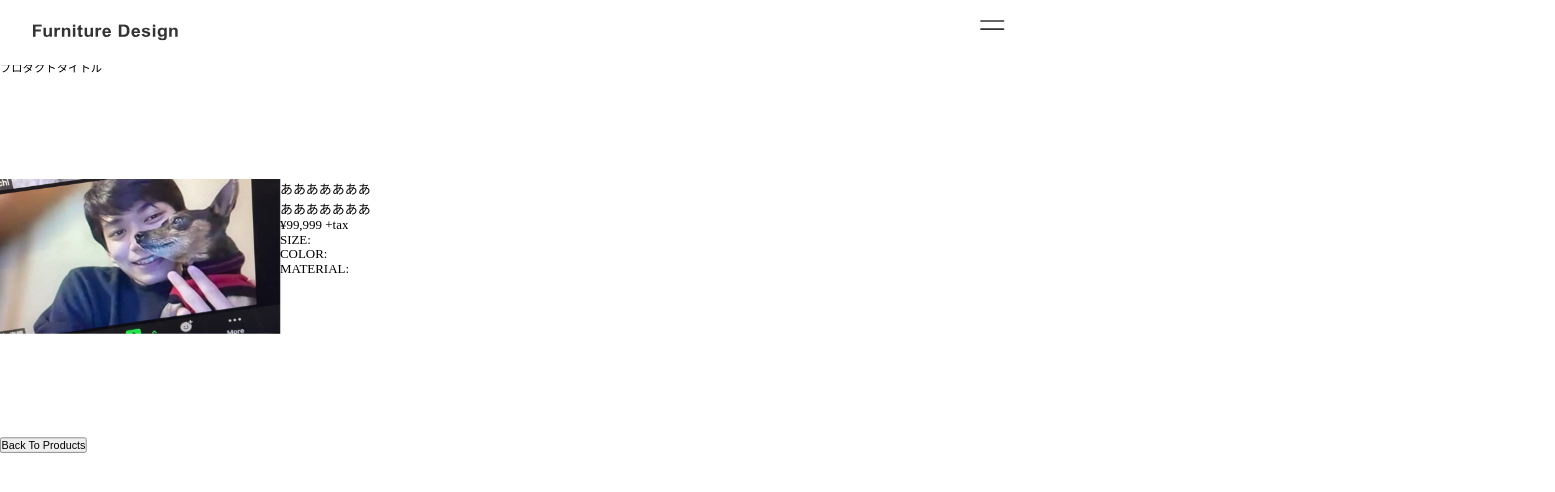
Repository: kohei23n/tenfeet
Page: menbers2/index.html
These files come from the project's save history. The page is drawn as it stood at one moment and after a run of saves; the edit follows.
The browser window is 1280 px wide. The page is 1920 px wide, so the pictures cover 1920 px, including what lies to the right of the window. The pictures show the whole page, at 81% of full size.

Above is the page before, as saved 2022-02-08 21:49:05.

After the next 2 saves:
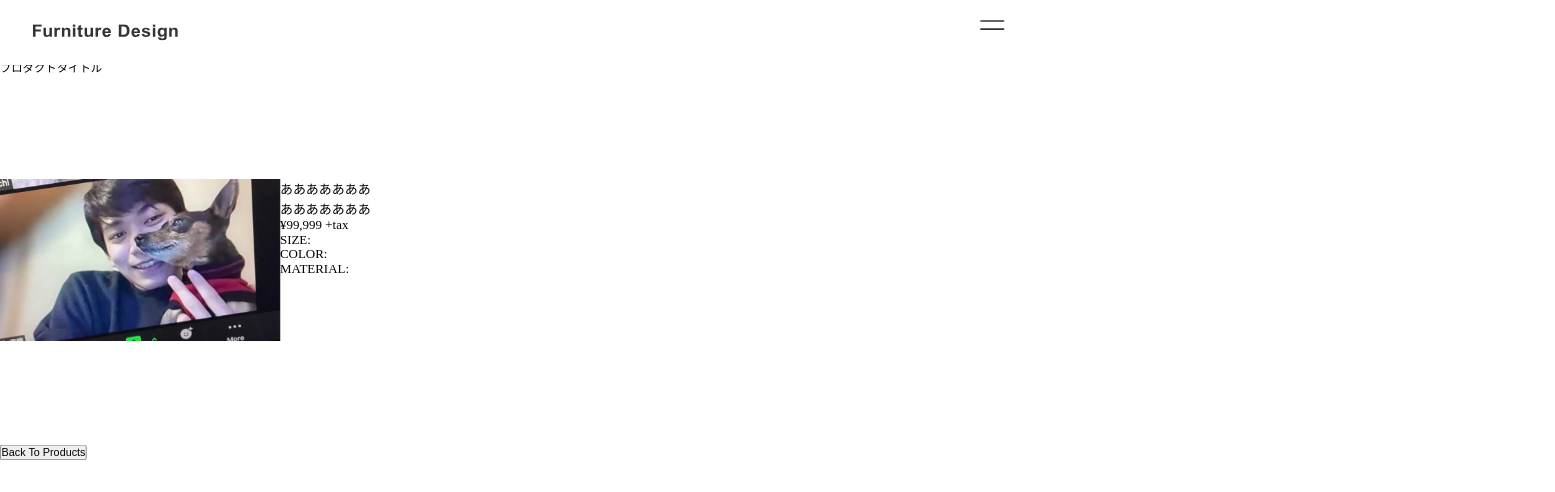
The 2 saves are shown as one change because they came seconds apart.
The last was saved 12 s later.
--- a/menbers2/menbers2.css
+++ b/menbers2/menbers2.css
@@ -110,7 +110,7 @@ img {
 
 .member_img{
     width: 18%;
-    height: 100%;
+    height: 200px;
 }
 
 .section_member{
